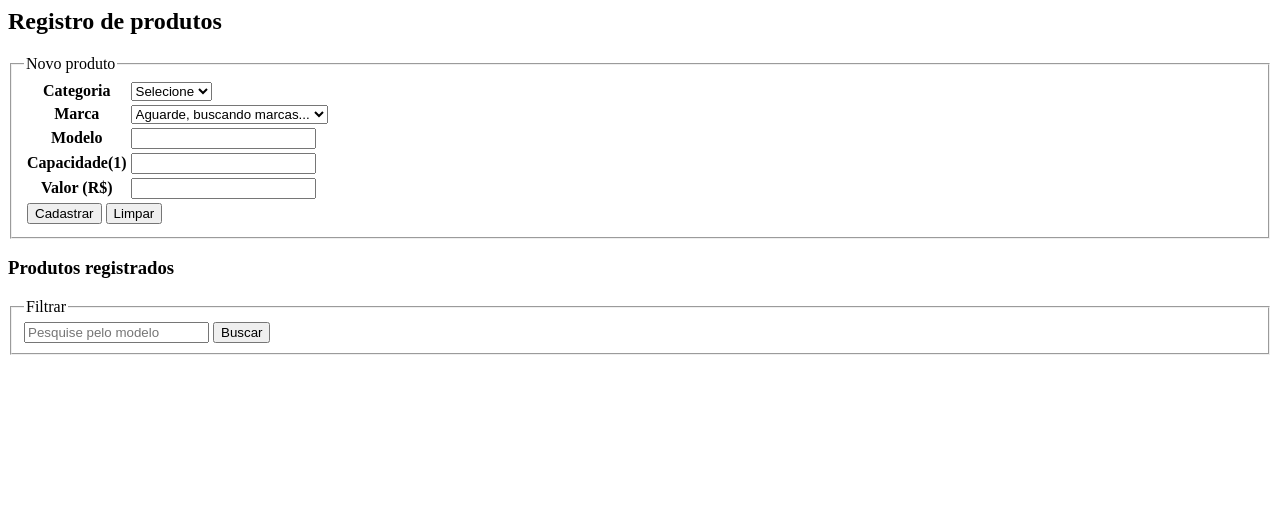
Repository: Ro4ever/ProjetoTrilhaWeb
Page: ProjetoTrilhaWeb/src/main/webapp/pages/admin/product/index.html
An editor plug-in stored every save of this project. The page is shown before and after the next save, followed by the edit.
The browser window is 1280 px wide. The pictures show the whole page.

Above is the page before, as saved 2024-04-29 23:31:06.
Console error: ReferenceError: COLDIGO is not defined

After the next save:
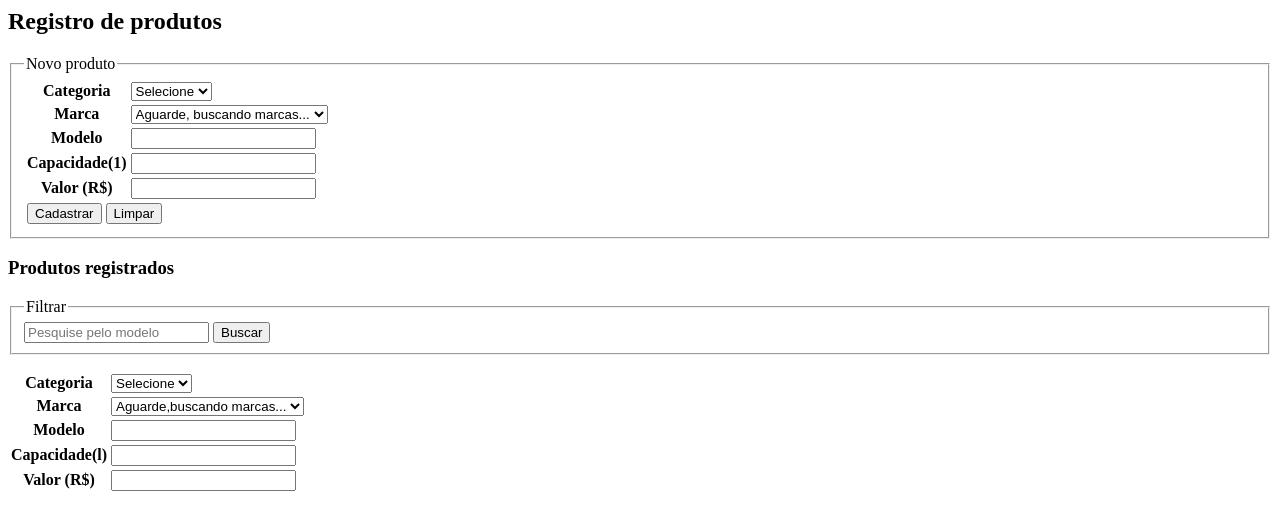
Saved 2 s later.
--- a/ProjetoTrilhaWeb/src/main/webapp/pages/admin/product/index.html
+++ b/ProjetoTrilhaWeb/src/main/webapp/pages/admin/product/index.html
@@ -60,3 +60,46 @@
 </form>
 <div id="listaProdutos" class="listaRegistros">
 </div>
+<div id="modalEditaProduto" class="modalEditar">
+	<form name="frmEditaProduto" id="editaProduto" class="frmEditar">
+		<table>
+			<tr>
+				<th>Categoria</th>
+				<td>
+					<select name="categoria" id="selCategoriaEdicao">
+						<option value="">Selecione</option>
+						<option value="1">Geladeira</option>
+						<option value="2">Freezer</option>
+					</select>
+				</td>
+			</tr>
+			<tr>
+				<th>Marca</th>
+				<td>
+					<select name="marcaId" id="selMarcaEdicao">
+						<option value="" class="buscando">Aguarde,buscando marcas...</option>
+					</select>
+				</td>
+			</tr>
+			<tr>
+				<th>Modelo</th>
+				<td>
+					<input type="text" name="modelo">
+				</td>
+			</tr>
+			<tr>
+				<th>Capacidade(l)</th>
+				<td>
+					<input type="text" name="capacidade">
+				</td>
+			</tr>
+			<tr>
+				<th>Valor (R$)</th>
+				<td>
+					<input type="text" name="valor">
+				</td>
+			</tr>
+		</table>
+		<input type="hidden" name="idProduto">
+	</form>
+</div>
